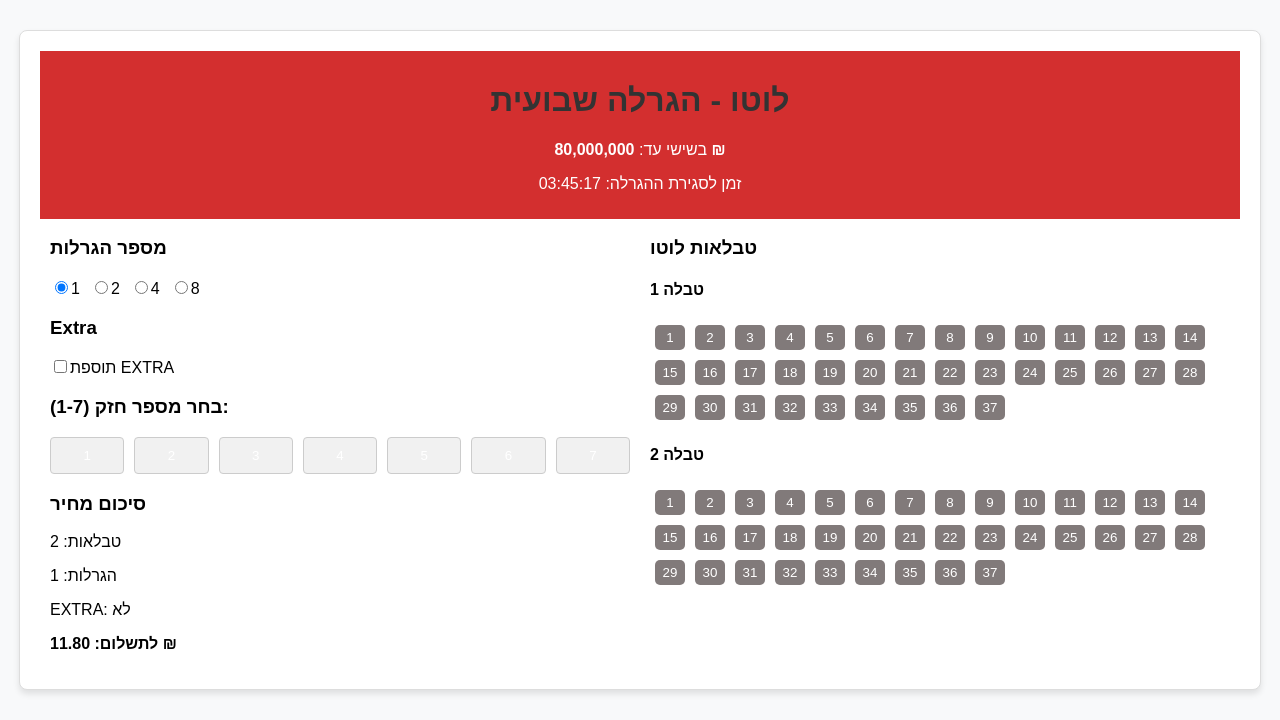
Repository: Giltih/LottoForm1
Page: /
The author's editor kept a copy of each file at every save. The page is drawn from the files as they stood at one save, then again after a run of saves.
The browser window is 1280 px wide. The pictures show the whole page.
The project was rebuilt for these pictures with package versions that can differ from the ones it lists, and the page was loaded fresh each time. Also part of the build but not shown: vite.config.ts.

Above is the page before, as saved 2025-01-23 11:17:41.

### src/index.css

body {
  font-family: Arial, sans-serif;
  background-color: #f4f4f9;
  margin: 0;
  padding: 0;
}

h1, h2 {
  color: #333;
}

button {
  background-color: #4CAF50;
  color: white;
  border: none;
  border-radius: 5px;
  padding: 10px;
  cursor: pointer;
}

button:hover {
  background-color: #45a049;
}

### src/App.tsx
import React, { useState } from 'react';
import Header from './components/Header';
import LotteryAmountSelector from './components/LotteryAmountSelector';
import ExtraOption from './components/ExtraOption';
import StrongNumberSelector from './components/StrongNumberSelector';
import LottoTables from './components/LottoTables';
import PriceSummary from './components/PriceSummary';
import './App.css';

const App: React.FC = () => {
  const tableCount = 2;
  // const [tableCount, setTableCount] = useState(2);
  const [draws, setDraws] = useState(1);
  const [isExtraSelected, setIsExtraSelected] = useState(false);
  const [strongNumber, setStrongNumber] = useState<number>(0);
  const [selectedNumbers, setSelectedNumbers] = useState<number[][]>(
    Array(14).fill([])
  );

  const handleNumberSelect = (tableIndex: number, number: number) => {
    const newSelectedNumbers = [...selectedNumbers];
    const tableNumbers = newSelectedNumbers[tableIndex] || [];

    if (tableNumbers.includes(number)) {
      newSelectedNumbers[tableIndex] = tableNumbers.filter((num) => num !== number);
    } else if (tableNumbers.length < 6) {
      newSelectedNumbers[tableIndex] = [...tableNumbers, number];
    }

    setSelectedNumbers(newSelectedNumbers);
  };

  return (
    <div className="app-container">
      <Header />
      <div className="main-content">
        <div className="left-section">
          <LotteryAmountSelector selectedDraws={draws} onChange={setDraws} />
          <ExtraOption isSelected={isExtraSelected} onChange={setIsExtraSelected} />
          <StrongNumberSelector selectedStrongNumber={strongNumber} onStrongNumberSelect={setStrongNumber} />
          <PriceSummary tables={tableCount} draws={draws} isExtraSelected={isExtraSelected} />
        </div>
        <div className="right-section">
          <LottoTables
            tableCount={tableCount}
            selectedNumbers={selectedNumbers}
            onNumberSelect={handleNumberSelect}
          />
        </div>
      </div>
    </div>
  );
};

export default App;

### src/components/Header.tsx
import React from 'react';

const Header: React.FC = () => {
  return (
    <header style={{ backgroundColor: '#d32f2f', color: '#fff', padding: '10px', textAlign: 'center' }}>
      <h1>לוטו - הגרלה שבועית</h1>
      <p>בשישי עד: <span style={{ fontWeight: 'bold' }}>80,000,000 ₪</span></p>
      <p>זמן לסגירת ההגרלה: 03:45:17</p>
    </header>
  );
};

export default Header;

### src/components/LotteryAmountSelector.tsx
import React from 'react';

interface Props {
  selectedDraws: number;
  onChange: (count: number) => void;
}

const LotteryAmountSelector: React.FC<Props> = ({ selectedDraws, onChange }) => {
  const options = [1, 2, 4, 8];

  return (
    <div>
      <h3>מספר הגרלות</h3>
      {options.map((count) => (
        <label key={count} style={{ marginRight: '10px' }}>
          <input
            type="radio"
            value={count}
            checked={selectedDraws === count}
            onChange={() => onChange(count)}
          />
          {count}
        </label>
      ))}
    </div>
  );
};

export default LotteryAmountSelector;

### src/components/ExtraOption.tsx
import React from 'react';

interface Props {
  isSelected: boolean;
  onChange: (selected: boolean) => void;
}

const ExtraOption: React.FC<Props> = ({ isSelected, onChange }) => {
  return (
    <div>
      <h3>Extra</h3>
      <label>
        <input type="checkbox" checked={isSelected} onChange={(e) => onChange(e.target.checked)} />
        תוספת EXTRA
      </label>
    </div>
  );
};

export default ExtraOption;

### src/components/StrongNumberSelector.tsx
import React from 'react';

interface StrongNumberSelectorProps {
  onStrongNumberSelect: (number: number) => void;
  selectedStrongNumber: number ;
}

const StrongNumberSelector: React.FC<StrongNumberSelectorProps> = ({ onStrongNumberSelect, selectedStrongNumber }) => {
  return (
    <div>
      <h3>בחר מספר חזק (1-7):</h3>
      <div style={{ display: 'grid', gridTemplateColumns: 'repeat(7, 1fr)', gap: '10px' }}>
        {Array.from({ length: 7 }, (_, i) => i + 1).map((num) => (
          <button
            key={num}
            style={{
              padding: '10px',
              backgroundColor: selectedStrongNumber === num ? '#ff9800' : '#f1f1f1',
              border: '1px solid #ccc',
              borderRadius: '4px',
            }}
            onClick={() => onStrongNumberSelect(num)}
          >
            {num}
          </button>
        ))}
      </div>
    </div>
  );
};

export default StrongNumberSelector;

### src/components/LottoTables.tsx
import React from 'react';

interface Props {
  tableCount: number;
  selectedNumbers: number[][];
  onNumberSelect: (tableIndex: number, number: number) => void;
}

const LottoTables: React.FC<Props> = ({ tableCount, selectedNumbers, onNumberSelect }) => {
  const numbers = Array.from({ length: 37 }, (_, i) => i + 1); // מספרים 1-37

  return (
    <div>
      <h3>טבלאות לוטו</h3>
      {Array.from({ length: tableCount }, (_, tableIndex) => (
        <div key={tableIndex} style={{ marginBottom: '20px' }}>
          <h4>טבלה {tableIndex + 1}</h4>
          <div className='numbersGrid'>
            {numbers.map((number) => (
              <button
                key={number}
                className = {selectedNumbers[tableIndex]?.includes(number)
                ? 'selected'
                : ''}
                onClick={() => onNumberSelect(tableIndex, number)}
              >
                {number}
              </button>
            ))}
          </div>
        </div>
      ))}
    </div>
  );
};

export default LottoTables;

### src/components/PriceSummary.tsx
import React from 'react';

interface Props {
  tables: number;
  draws: number;
  isExtraSelected: boolean;
}

const PriceSummary: React.FC<Props> = ({ tables, draws, isExtraSelected }) => {
  const pricePerTable = 5.9;
  const extraPrice = isExtraSelected ? 2.0 : 0.0;
  const totalPrice = (tables * pricePerTable + extraPrice) * draws;

  return (
    <div>
      <h3>סיכום מחיר</h3>
      <p>טבלאות: {tables}</p>
      <p>הגרלות: {draws}</p>
      <p>EXTRA: {isExtraSelected ? 'כן' : 'לא'}</p>
      <p style={{ fontWeight: 'bold' }}>לתשלום: {totalPrice.toFixed(2)} ₪</p>
    </div>
  );
};

export default PriceSummary;

### src/App.css
body {
  font-family: Arial, sans-serif;
  background-color: #f8f9fa;
  margin: 0;
  padding: 0;
  display: flex;
  justify-content: center;
  align-items: center;
  height: 100vh;
}

.app-container {
  max-width: 1200px;
  width: 100%;
  background-color: #ffffff;
  border: 1px solid #ddd;
  border-radius: 8px;
  padding: 20px;
  box-shadow: 0 4px 6px rgba(0, 0, 0, 0.1);
}

.main-content {
  display: flex;
  justify-content: space-between;
}

.left-section,
.right-section {
  flex: 1;
  margin: 0 10px;
}

button {
  border: none;
  cursor: pointer;
  transition: background-color 0.3s;
}

button:hover {
  background-color: #b3e5fc;
}

.numbersGrid {
  display: 'grid';
  grid-template-columns: 'repeat(9, 1fr)';
  gap: '5px' ;
}

.numbersGrid button {
  padding: 5px;
  margin: 5px;
  background-color: #817a7a;
  width: 30px;

}

.numbersGrid button.selected {
  background-color: #487184;
}

Loaded but not shown: index.html (common file); src/main.tsx (common file)

After the next 3 saves:
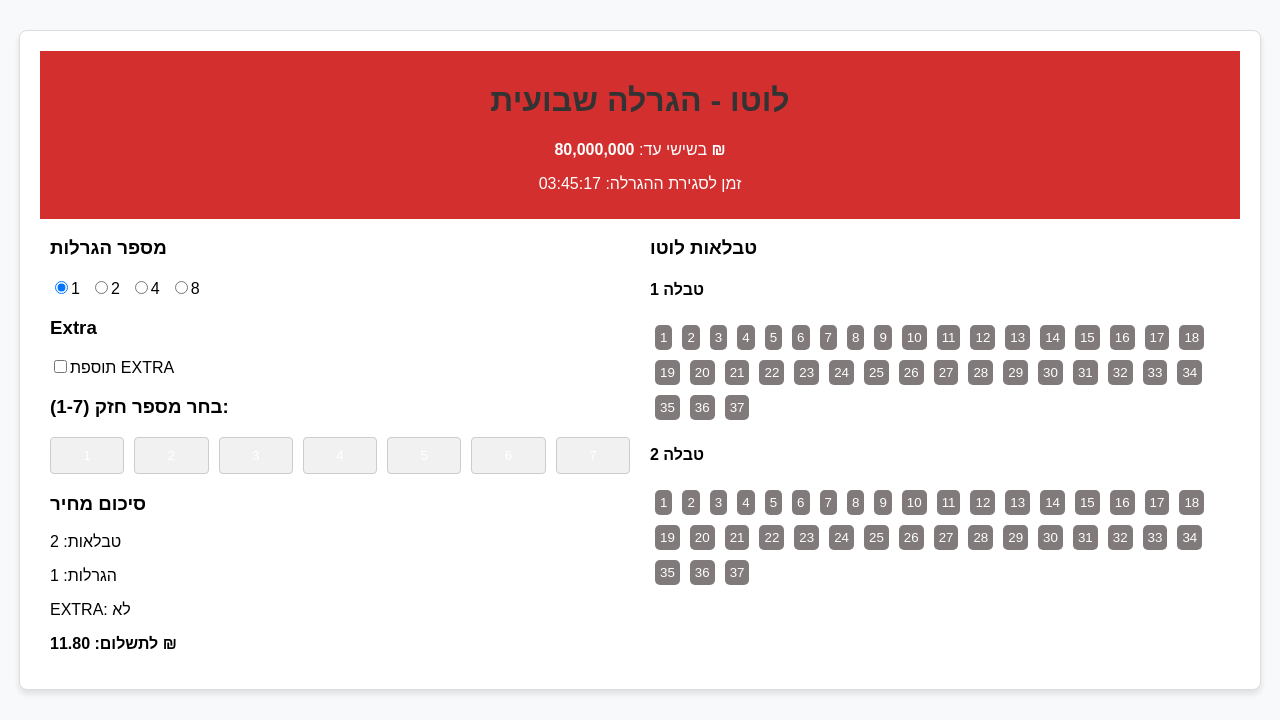
The 3 saves are shown as one change because they came seconds apart.
The last was saved 16 s later.
--- a/src/App.css
+++ b/src/App.css
@@ -50,7 +50,7 @@
   padding: 5px;
   margin: 5px;
   background-color: #817a7a;
-  width: 30px;
+  min-width: none;: 30px;
 
 }
 

After the 2 saves that followed:
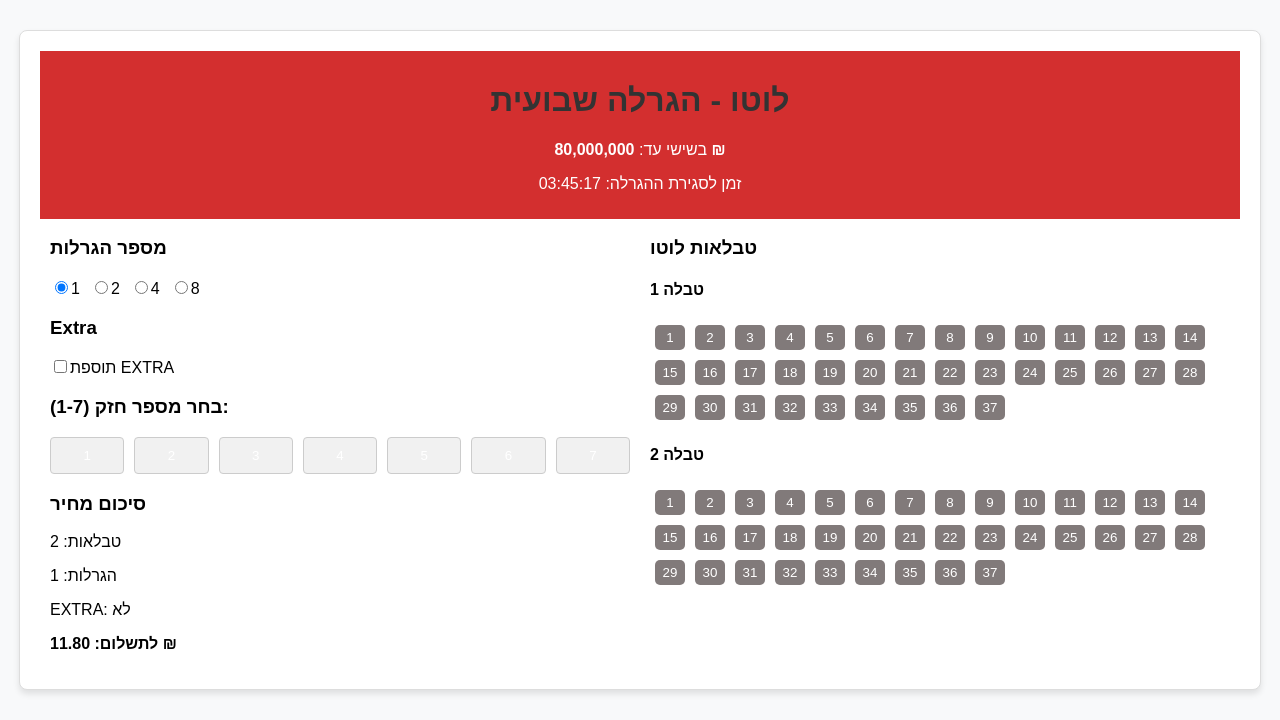
The 2 saves are shown as one change because they came seconds apart.
The last was saved 9 s later.
--- a/src/App.css
+++ b/src/App.css
@@ -50,7 +50,7 @@
   padding: 5px;
   margin: 5px;
   background-color: #817a7a;
-  min-width: none;: 30px;
+  min-width:30px;
 
 }
 
